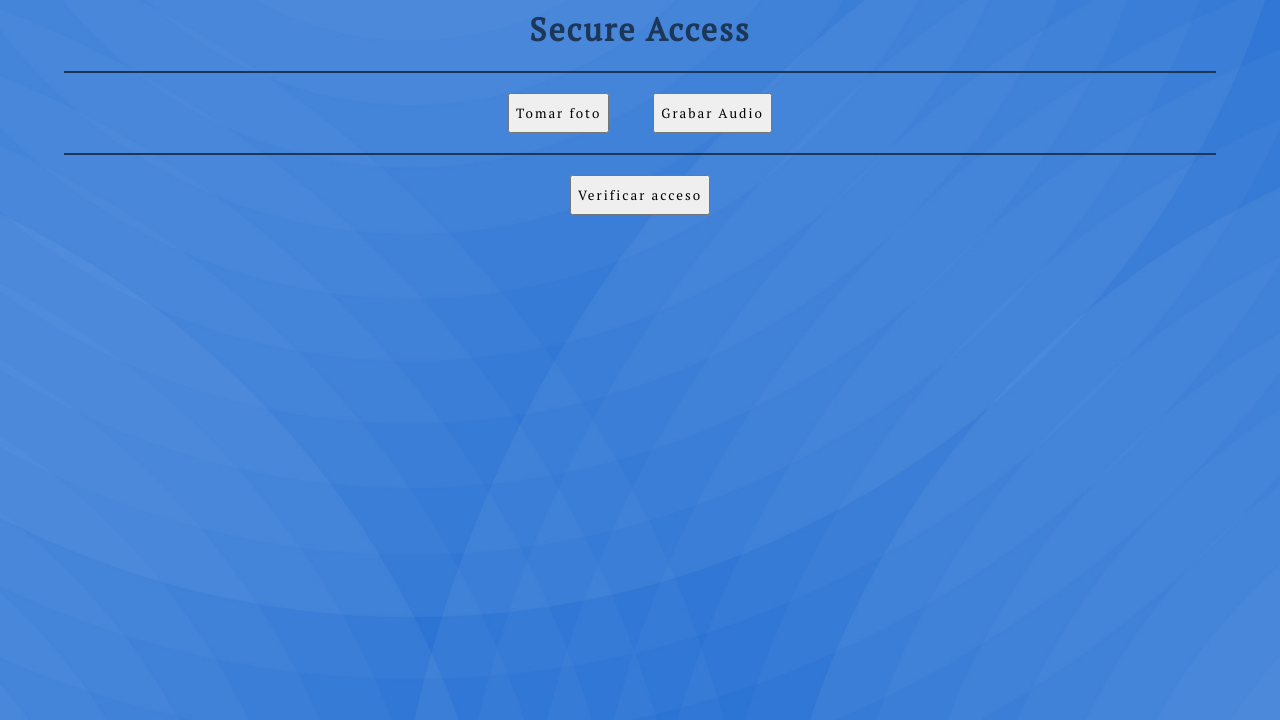
Repository: dabarreiroh/SECURE-ACCESS
Page: accessecure/templates/home/index.html
An editor plug-in stored every save of this project. The page is shown before and after the next save, followed by the edit.
The browser window is 1280 px wide. The pictures show the whole page.

Above is the page before, as saved 2020-03-16 23:32:10.

### accessecure/templates/home/index.html
<html>
    <head>
        <link rel="stylesheet" href="./../../static/admin/css/index/index.css">
        <link href="https://fonts.googleapis.com/css?family=PT+Serif&display=swap" rel="stylesheet">

    </head>
<body>

<h1>Secure Access</h1>

<div class="options">
    <input type="button" value="Tomar foto" onClick="window.location.href='photo'">
    <input type="button" value="Grabar Audio" onClick="window.location.href='audio'">
</div>


<div>
    <input type="button" value="Verificar acceso" onClick="window.location.href='verified'">
</div>

</body>
</html>

### accessecure/static/admin/css/index/index.css
*{
    text-align: center;
    font-family: 'PT Serif', serif;
}

body{
    background-image: url(../../img/background.jpg);
    background-size: cover;
}

h1{
    color: #1D3759;
    /* color: #072D5C; */
    letter-spacing: 2px;
}

.options{
    border: solid #1D3759;
    border-width: 2px 0px;
    width: 90vw;
    margin: 0 auto;
}

input{
    margin: 20px;
    height: 40px;
    letter-spacing: 2px;
}

After the next save:
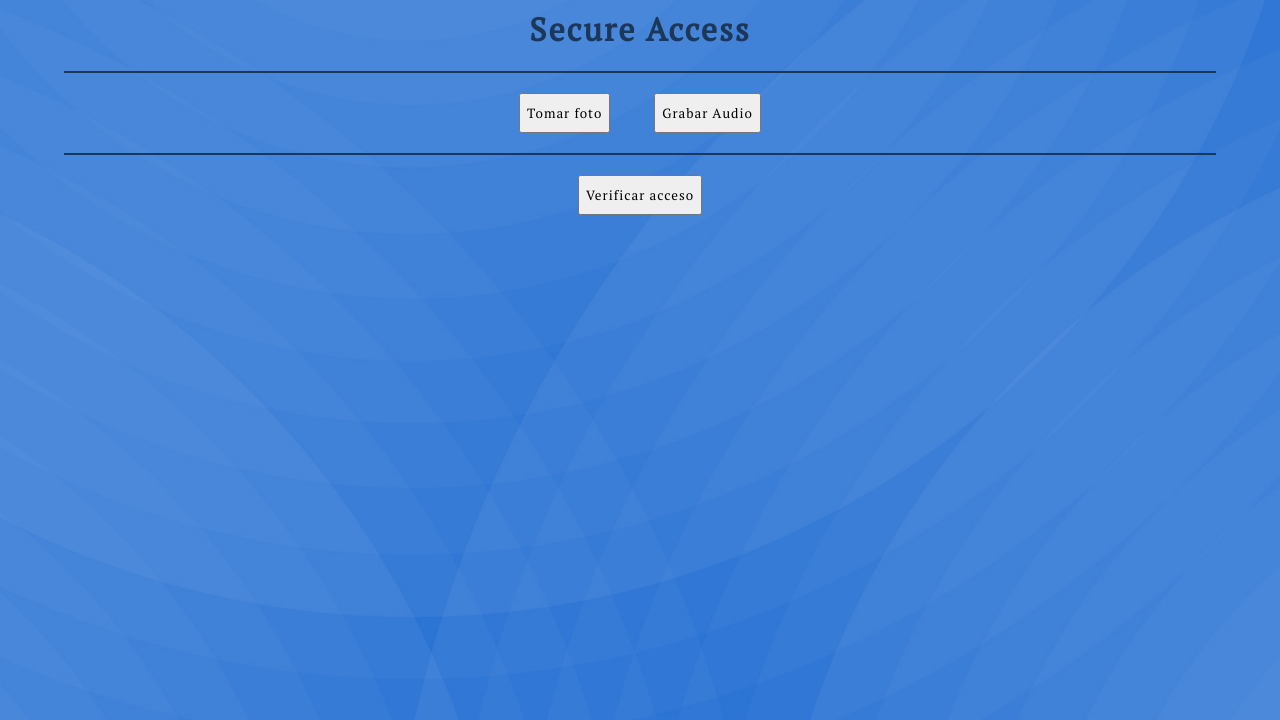
Saved 8 s later.
--- a/accessecure/static/admin/css/index/index.css
+++ b/accessecure/static/admin/css/index/index.css
@@ -24,5 +24,5 @@ h1{
 input{
     margin: 20px;
     height: 40px;
-    letter-spacing: 2px;
+    letter-spacing: 1px;
 }
